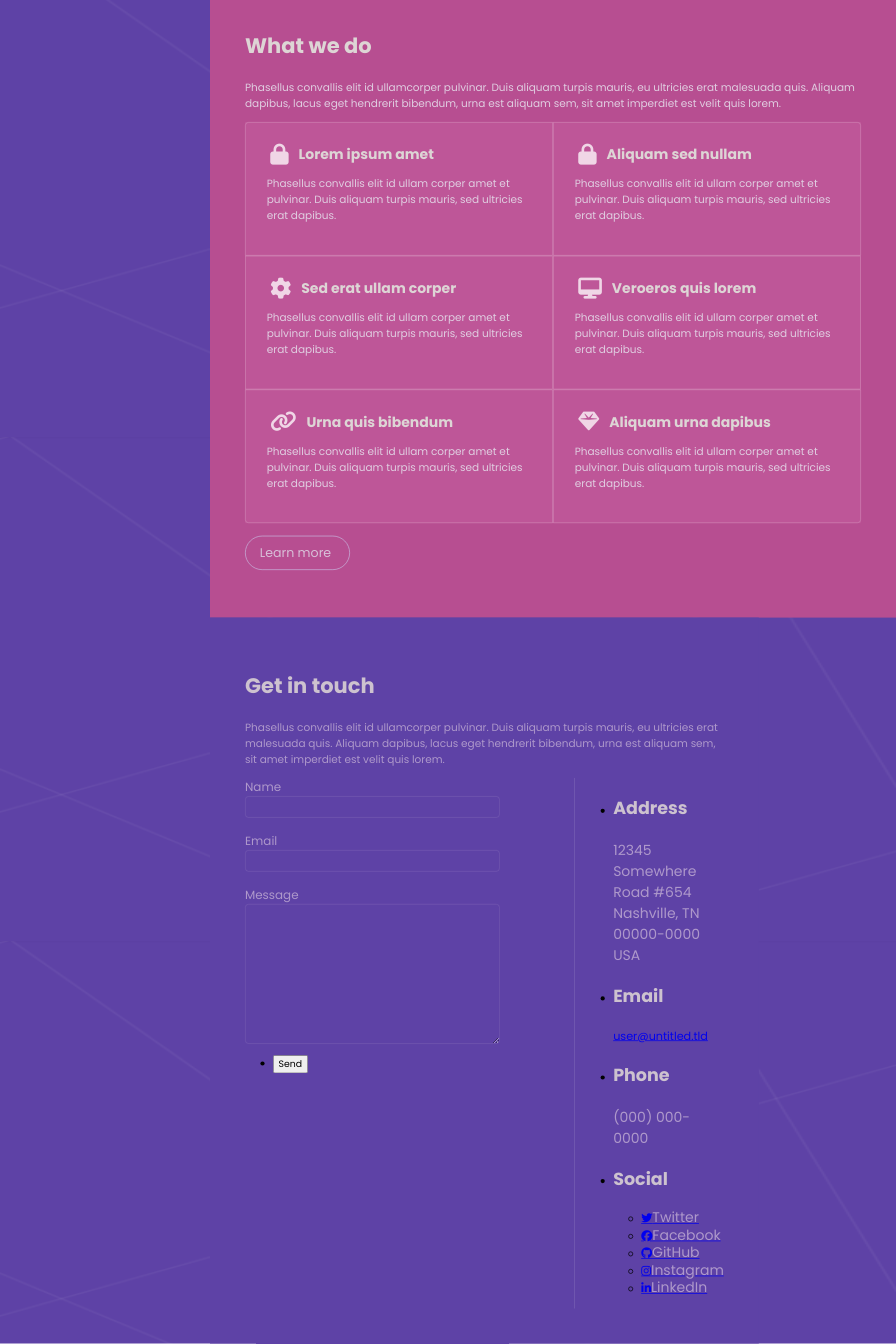
Repository: zai31/KIMIT_Tasks
Page: JsSession8/index.html
The author's editor kept a copy of each file at every save. The page is drawn from the files as they stood at one save, then again after a run of saves.
The browser window is 1280 px wide. The pictures show the part of the page from y = 1535 to 3455 px (the page is 3455 px tall before and 3293 px after), at 70% of full size.
Backgrounds fixed to the window are drawn as part of the page.

Above is the page before, as saved 2025-09-15 23:04:02.

### JsSession8/index.html
<!DOCTYPE html>
<html lang="en">
<head>
    <meta charset="UTF-8">
    <meta name="viewport" content="width=device-width, initial-scale=1.0">
    <link rel="stylesheet" href="./css/style.css">
	<link href="https://cdnjs.cloudflare.com/ajax/libs/font-awesome/6.5.2/css/all.min.css" rel="stylesheet">

    <title>Responsive</title>
</head>

<body>
    <section  class="flex-section">
        <div class="menu">
        <ul>
            <li><a href="#">welcome</a></li>
            <li><a href="#">who are we</a></li>
            <li><a href="#">what we do</a></li>
            <li><a href="#">get in touch</a></li>
        </ul>
</div>
<div class="section">
    <div class="content">
      <div class="intro">
							<h1>Hyperspace</h1>
							<p>Just another fine responsive site template designed by <a href="https://html5up.net">HTML5 UP</a><br>
							and released for free under the <a href="https://html5up.net/license">Creative Commons</a>.</p>
							<button>Learn more</button>

						</div>
    <div class="overview">
        <div class="s" style="background-color: rgb(83, 83, 228);">
           <img src="./images/1.jpg" alt="">

							<div ><h1>Hyperspace</h1>
                                <p>Just another fine responsive site template designed by
							and released for free under the.</p>
							<button>Learn more</button></div>
        </div>
        <div class="s" style="background-color: rgb(69, 69, 226);">
            <img src="./images/2.jpg" alt="">
							<div >
                                           	<h1>Hyperspace</h1>
<p>Just another fine responsive site template designed by
							and released for free under the.</p>
							<button>Learn more</button></div>
        </div>
        <div class="s" style="background-color: rgb(54, 54, 213);">
            <img src="./images/3.jpg" alt="">
							<div >
                                           	<h1>Hyperspace</h1>
<p>Just another fine responsive site template designed by
							and released for free under the.</p>
							<button>Learn more</button></div>
        </div>
    <div class="what">
							<h2 style="font-size: 30px;">What we do</h2>
							<p>Phasellus convallis elit id ullamcorper pulvinar. Duis aliquam turpis mauris, eu ultricies erat malesuada quis. Aliquam dapibus, lacus eget hendrerit bibendum, urna est aliquam sem, sit amet imperdiet est velit quis lorem.</p>
							<div class="features">
								<section style="border-radius:5px 0px 0px 0 ;">
									<span style="color: rgba(255, 255, 255, 0.759); font-size: 30px;" class="fa-solid fa-lock"></span>
									<h3 >Lorem ipsum amet</h3>
									<p>Phasellus convallis elit id ullam corper amet et pulvinar. Duis aliquam turpis mauris, sed ultricies erat dapibus.</p>
								</section>
								<section style="border-radius:0 5px 0px 0 ;">
									<span style="color: rgba(255, 255, 255, 0.759); font-size: 30px;" class="fa-solid fa-lock"></span>
									<h3>Aliquam sed nullam</h3>
									<p>Phasellus convallis elit id ullam corper amet et pulvinar. Duis aliquam turpis mauris, sed ultricies erat dapibus.</p>
								</section>
								<section>
									<span style="color: rgba(255, 255, 255, 0.759); font-size: 30px;" class="fa-solid  fa-cog"></span>
									<h3>Sed erat ullam corper</h3>
									<p>Phasellus convallis elit id ullam corper amet et pulvinar. Duis aliquam turpis mauris, sed ultricies erat dapibus.</p>
								</section>
								<section>
									<span style="color: rgba(255, 255, 255, 0.759); font-size: 30px;" class="fa-solid fa-desktop"></span>
									<h3>Veroeros quis lorem</h3>
									<p>Phasellus convallis elit id ullam corper amet et pulvinar. Duis aliquam turpis mauris, sed ultricies erat dapibus.</p>
								</section>
								<section style="border-radius:0 0px 0px 5px  ;">
									<span class="fa-solid fa-link" style="color: rgba(255, 255, 255, 0.759); font-size: 30px;"></span>
									<h3>Urna quis bibendum</h3>
									<p>Phasellus convallis elit id ullam corper amet et pulvinar. Duis aliquam turpis mauris, sed ultricies erat dapibus.</p>
								</section>
								<section style="border-radius:0 0px 5px 0 ;">
									<span class="fa-solid fa-gem" style="color: rgba(255, 255, 255, 0.759); font-size: 30px;" ></span>
									<h3>Aliquam urna dapibus</h3>
									<p>Phasellus convallis elit id ullam corper amet et pulvinar. Duis aliquam turpis mauris, sed ultricies erat dapibus.</p>
								</section>
							</div>
							<ul class="actions">
								<li style="list-style: none;"><a href="generic.html" class="button" style="text-decoration: none; color: thistle;">Learn more</a></li>
							</ul>

    </div>
                        </div>
	<div class="form">
		<h2 style="font-size: 30px;">Get in touch</h2>
							<p>Phasellus convallis elit id ullamcorper pulvinar. Duis aliquam turpis mauris, eu ultricies erat malesuada quis. Aliquam dapibus, lacus eget hendrerit bibendum, urna est aliquam sem, sit amet imperdiet est velit quis lorem.</p>
							<div class="formS"><form action="">
								<div class="fields">

								<div class="row">

									<div class="field">
										<label for="name">Name</label>
										<input type="text" name="name" id="name" />
									</div>
									<div class="field">
										<label for="email">Email</label>
										<input type="email" name="email" id="email" />
									</div></div>
									<div class="field">
										<label for="message">Message</label>
										<textarea name="message" id="message" rows="3"></textarea>
									</div>
								</div>
								<ul class="actions">
									<li><input type="submit" value="Send" /></li>
								</ul>
							</form>
							<div class="line"></div>
							<section>
								<ul class="contact">
										<li>
											<h3>Address</h3>
											<span>12345 Somewhere Road #654<br>
											Nashville, TN 00000-0000<br>
											USA</span>
										</li>
										<li>
											<h3>Email</h3>
											<a href="#">user@untitled.tld</a>
										</li>
										<li>
											<h3>Phone</h3>
											<span>(000) 000-0000</span>
										</li>
										<li>
											<h3>Social</h3>
											<ul class="icons">
												<li><a href="#" class="fa-brands fa-twitter"><span class="label">Twitter</span></a></li>
												<li><a href="#" class="fa-brands fa-facebook"><span class="label">Facebook</span></a></li>
												<li><a href="#" class="fa-brands fa-github"><span class="label">GitHub</span></a></li>
												<li><a href="#" class="fa-brands fa-instagram"><span class="label">Instagram</span></a></li>
												<li><a href="#" class="fa-brands fa-linkedin-in"><span class="label">LinkedIn</span></a></li>
											</ul>
										</li>
									</ul>
							</section>
							</div>
	</div>
                        </div>
                    </section>
</body>
</html>

### JsSession8/CSS/style.css
@import url("https://fonts.googleapis.com/css2?family=Poppins:ital,wght@0,100;0,200;0,300;0,400;0,500;0,600;0,700;0,800;0,900;1,100;1,200;1,300;1,400;1,500;1,600;1,700;1,800;1,900&display=swap");

* {
    box-sizing: border-box;
    font-family: "Poppins", sans-serif;
}

:root {
    --sidebar-color: #312450;
    --primary-color: #5e42a6;
    --secondary-color: #b74e91;
    --section-bg-color: #c7b2dc;
    --dark-color: #000000;
    --navbar-bg-color: #273053;
    --p-color: #717275;
    --highlight-icon-color: #ff0100;
    --main-transition: 0.5s all ease-in-out;
}


html,
body {
    height: 100%;
    margin: 0;
    padding: 0;
}

.flex-section {
    display: flex;
    flex-direction: row;

}

/*side bar*/
.flex-section .menu {
    min-height: 100vh;
    /* ensures sidebar spans at least the full screen */
    height: auto;
    /* lets it grow with content */
    width: 300px;
    top: 0;
    left: 0;
    position: fixed;
    background-color: var(--sidebar-color);
    padding: 145px 30px;
    box-shadow: 0 0 10px rgba(0, 0, 0, 0.1);
}

.flex-section .menu ul {
    list-style: none;
    padding: 0;
    margin: 0;
    text-align: right;
}

.flex-section .menu ul li {
    margin-bottom: 10px;
    font-size: 20px;
    position: relative;
    /* needed for ::after positioning */
    padding-bottom: 10px;
}

.flex-section .menu ul li a {
    text-decoration: none;
    color: #8b82a1;

}

.flex-section .menu ul li::after {
    content: "";
    position: absolute;
    left: 0;
    bottom: 0;
    width: 100%;
    /* stick to the bottom */
    height: 2px;
    background-color: #8b82a1;
    /* thickness of underline */
    transition: width 0.3s ease;
}

/*use js*/
.flex-section .menu ul li a:hover::after {
    width: 100%;
    /* expand underline on hover */
}


.flex-section .menu ul li a:hover {
    color: #b5b8bf;
}

.flex-section .menu ul li a:active {
    color: #5e42a6;
}

.flex-section .menu ul li a:active::after {
    background: linear-gradient(to right, #4b0082, #8b00ff, #981196);
}






/*content first section */
.flex-section .section {
    flex: 1;
    background-color: var(--section-bg-color);
    background-attachment: fixed;
    background-image: url("../assets/css/images/Screenshot\ 2025-09-15\ 075920.png");
    background-position: top right;
    background-repeat: no-repeat;
    background-size: 100% 100%;
    padding-left: 300px;
}

.flex-section .section .content {
    display: flex;
    flex-direction: column;
    width: 100%;
}

.flex-section .section .content .intro {
    padding: 100px;
    width: 100%;
    height: 100vh;
}

.flex-section .section .content .intro h1 {
    color: rgb(221, 213, 213);
    font-size: 50px;
}

.flex-section .section .content .intro p,
.flex-section .section .content .intro a {
    color: var(--section-bg-color);
    font-size: 20px;
}

.flex-section .section .content .intro a:hover {
    color: #fefefe;
    text-decoration: none;
}

.flex-section .section .content .intro button {
    color: var(--section-bg-color);
    background-color: transparent;
    border: 1px solid var(--section-bg-color);
    padding: 10px 20px;
    border-radius: 25px;
    cursor: pointer;
    text-decoration: none;
    font-size: 18px;
}

.flex-section .section .content .intro button:hover {
    background-color: #6f54b6;
}




/*content second section */

.flex-section .section .content .overview .s {
    display: flex;
    flex-direction: row;
    align-items: center;
    gap: 30px;
}

.flex-section .section .content .overview .s h1 {
    color: rgb(221, 213, 213);
    font-size: 30px;
}

.flex-section .section .content .overview .s p {
    color: var(--section-bg-color);
    font-size: 20px;
}

.flex-section .section .content .overview .s button {
    color: var(--section-bg-color);
    background-color: transparent;
    border: 1px solid var(--section-bg-color);
    padding: 10px 20px;
    border-radius: 25px;
    cursor: pointer;
    text-decoration: none;
    font-size: 18px;
}

.flex-section .section .content .overview .s button:hover {
    background-color: rgb(77, 77, 246);
}

.flex-section .section .content .overview .s img {
    width: 40%;
}

/*what section*/

.flex-section .section .content .what {
    padding: 50px;
    width: 100%;
    background-color: var(--secondary-color);
}

.flex-section .section .content .what h3,
.flex-section .section .content .what h2 {
    color: rgb(221, 213, 213);
    font-size: 20px;
}
.flex-section .section .content .what p {
    color: #e0cee1;
    font-size: 15px;
}

.flex-section .section .content .what .features{
    display: flex;
    flex-direction: row;
    flex-wrap: wrap;
    background-color: #be5698;


}
.flex-section .section .content .what .features section {
 flex: 1 1 50%;     /* grow/shrink, ~half width with gap */
 border: 0.5px solid rgba(255, 255, 255, 0.248);
 box-sizing: border-box;
 padding: 30px;

}
.flex-section .section .content .what .actions {
   color: var(--section-bg-color);
    background-color: transparent;
    border: 1px solid var(--section-bg-color);
    padding: 10px 20px;
    border-radius: 25px;
    cursor: pointer;
    text-decoration: none;
    font-size: 18px;
    width: 150px;
}

 .what .actions:hover {
    background-color: rgb(212, 107, 177);
}
.features section span,
.features section h3 {
  display: inline-block;
  vertical-align: middle;
  margin: 0 5px;
}

/*form*/

.form {
    padding: 50px;
    width: 80%;
    background-color: var(--primary-color);

}
.form .formS
{
   display: flex;
   flex-direction: row;
}
.form h2 {
    color: rgba(221, 213, 213, 0.873);
    font-size: 30px;
}
.form p {
    color: #e0cee19d;
    font-size: 15px;
}
 .fields {
    display: flex;
    flex-direction: row;
    flex-wrap: wrap;
    width: 80%;
    border-radius: 10px;
    height: 50%;
    gap: 20px;
}

.field {
  display: flex;
  flex-direction: column;
  flex: 1; /* make name and email share equal width */
}
.field input, .field textarea{
    background-color: transparent;
    border: 1px solid #e0cee127;
    border-radius: 5px;
    cursor: pointer;
    text-decoration: none;
    font-size: 18px;
    color: #e0cee19d;
}
.field label {
    color: #e0cee19d;
    font-size: 17px;
}
.contact-info {
  flex: 1; /* right side column */
  color: #e0cee19d;
}

.form .fields .row {
    display: flex;
    flex-direction: row;
    flex-wrap: wrap;
    width: 100%;
    gap: 20px;}

    .field textarea
    {
        height: 200px;
    }
.line {
    width: 2px;
    background-color:#ffffff28; /* or border-left: 1px solid #e0cee127; */
    margin: 0 15px; /* spacing from form and contact info */
    align-self: stretch; /* makes it fill the full height of the flex container */
}
.formS .contact{
    width: 100%;
}
.formS .contact h3 {
    color: rgba(221, 213, 213, 0.873);
    font-size: 25px;
}
.formS .contact span {
    color: #e0cee19d;
    font-size: 20px;
}

After the next 2 saves:
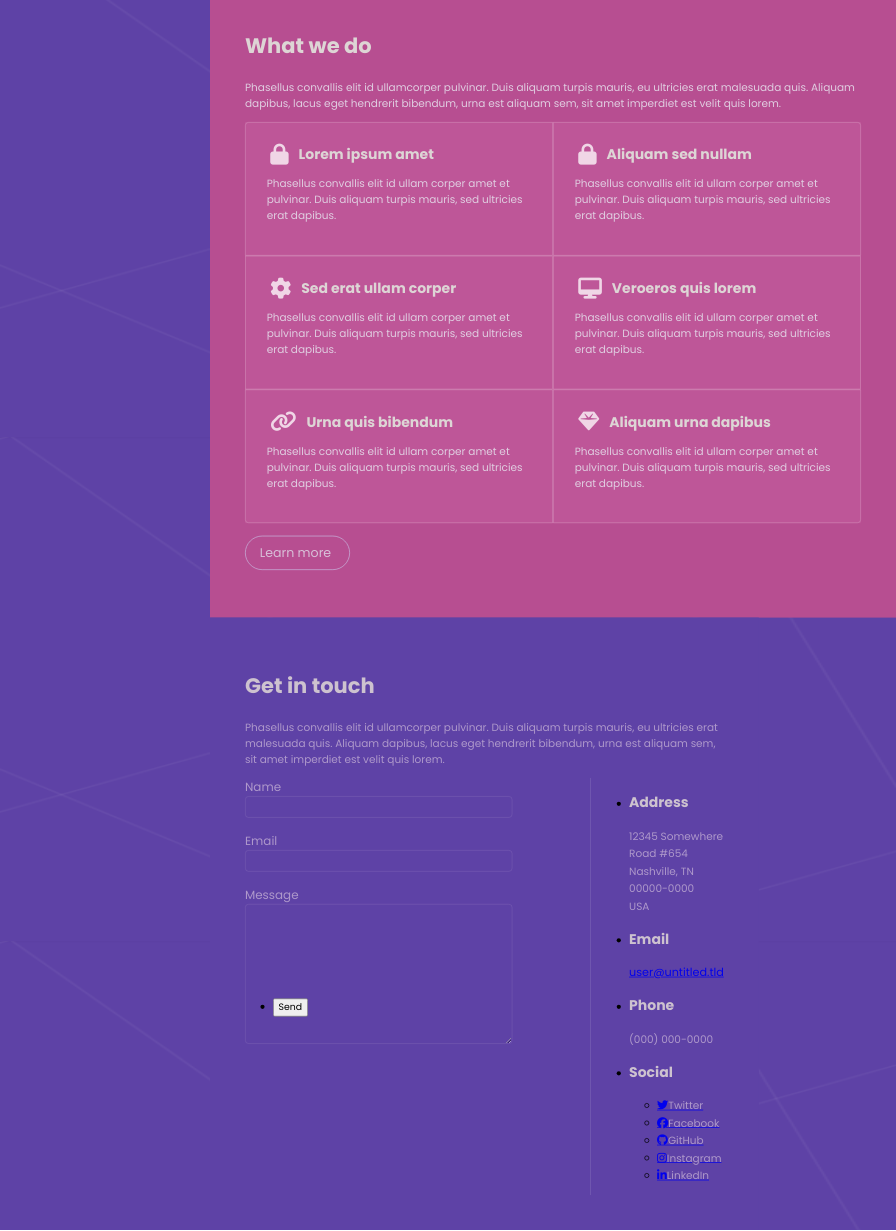
The 2 saves are shown as one change because they came seconds apart.
The last was saved 10 s later.
--- a/JsSession8/CSS/style.css
+++ b/JsSession8/CSS/style.css
@@ -331,9 +331,9 @@ body {
 }
 .formS .contact h3 {
     color: rgba(221, 213, 213, 0.873);
-    font-size: 25px;
+    font-size: 20px;
 }
 .formS .contact span {
     color: #e0cee19d;
-    font-size: 20px;
-}
+    font-size: 15px;
+}
